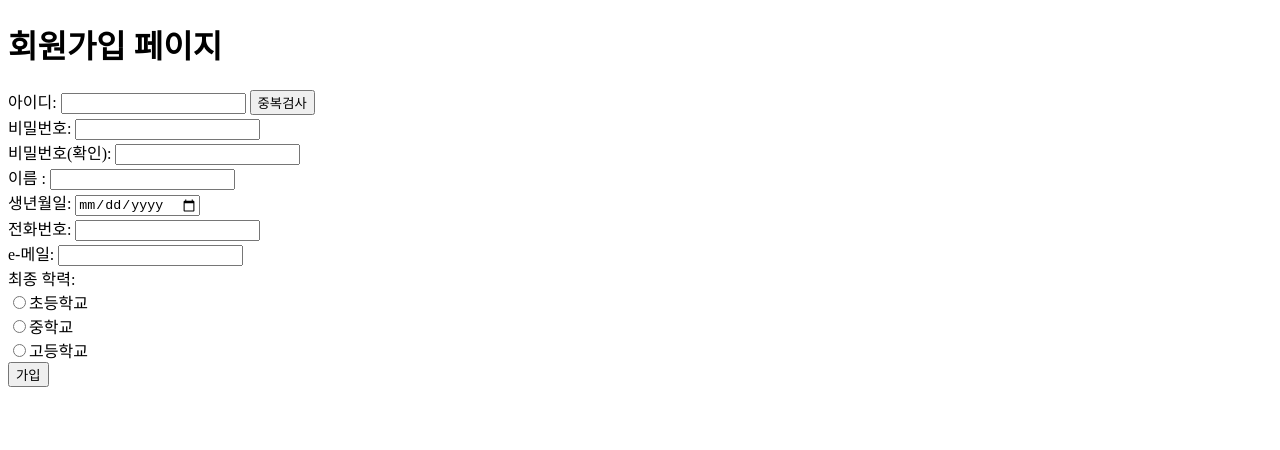
Repository: rmh6363/javastudy
Page: HelloWorld/WebContent/d.html
The author's editor kept a copy of each file at every save. The page is drawn from the files as they stood at one save, then again after the next save.
The browser window is 1280 px wide. The pictures show the whole page.

Above is the page before, as saved 2020-12-04 07:30:43.

### HelloWorld/WebContent/d.html
<!DOCTYPE html>
<html>
<head>
<meta charset="UTF-8">
<title>Insert title here</title>
</head>
<body>
<h1>회원가입 페이지</h1>

<form action="a.html" method="post">
<label for="id">아이디: </label>
<input id ="id" name="id"> <button>중복검사</button>
<br>
<label for="pw1">비밀번호: </label>
<input id = "pw1" type="password" name = "pw1">
<br>
<label for="pw2">비밀번호(확인): </label>
<input id = "pw2" type="password" name = "pw2">
<br>
<label for="name">이름 : </label>
<input id="name"  name = "name">
<br>
<label for = "brith">생년월일:</label>
<input id = "birth" type="date" name = "birth">
<br>
<label for = "tel">전화번호:</label>
<input id ="tel" type="tel" name= "tel">
<br>
<label for = "email">e-메일:</label>
<input id="email" type="email" name= "email">
<br>
<label>최종 학력:</label>
<br>
<input type="radio" name="school" value="es">초등학교
<br>
<input type="radio" name = "school" value="ms">중학교
<br>
<input type="radio" name = "hs">고등학교
<br>
<input type="submit" value="가입">
<br>

</form>
</body>
</html>

After the next save:
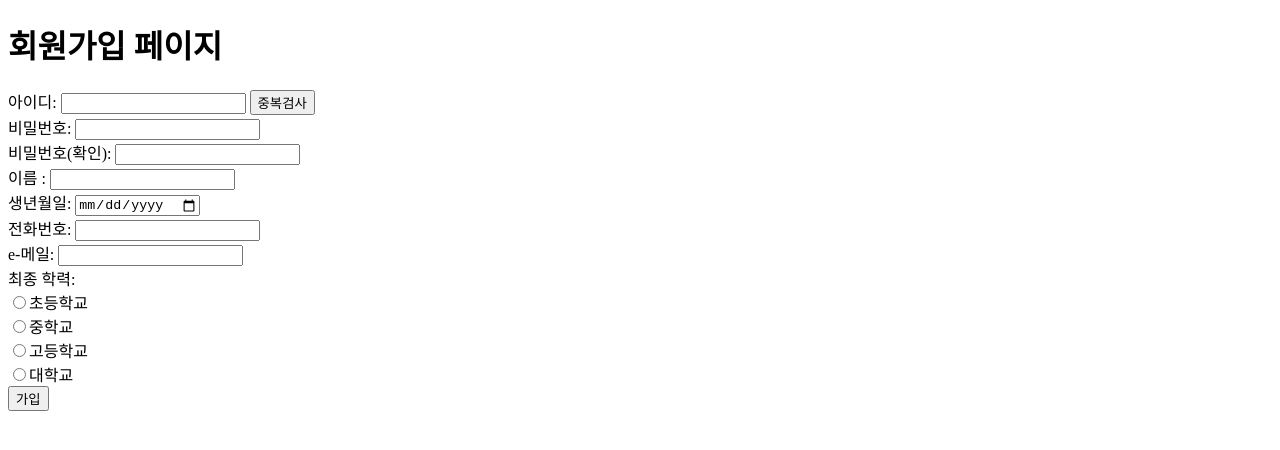
Saved 62 s later.
--- a/HelloWorld/WebContent/d.html
+++ b/HelloWorld/WebContent/d.html
@@ -35,7 +35,9 @@
 <br>
 <input type="radio" name = "school" value="ms">중학교
 <br>
-<input type="radio" name = "hs">고등학교
+<input type="radio" name = "school" value="hs">고등학교
+<br>
+<input type="radio" name = "school" value="us">대학교
 <br>
 <input type="submit" value="가입">
 <br>
